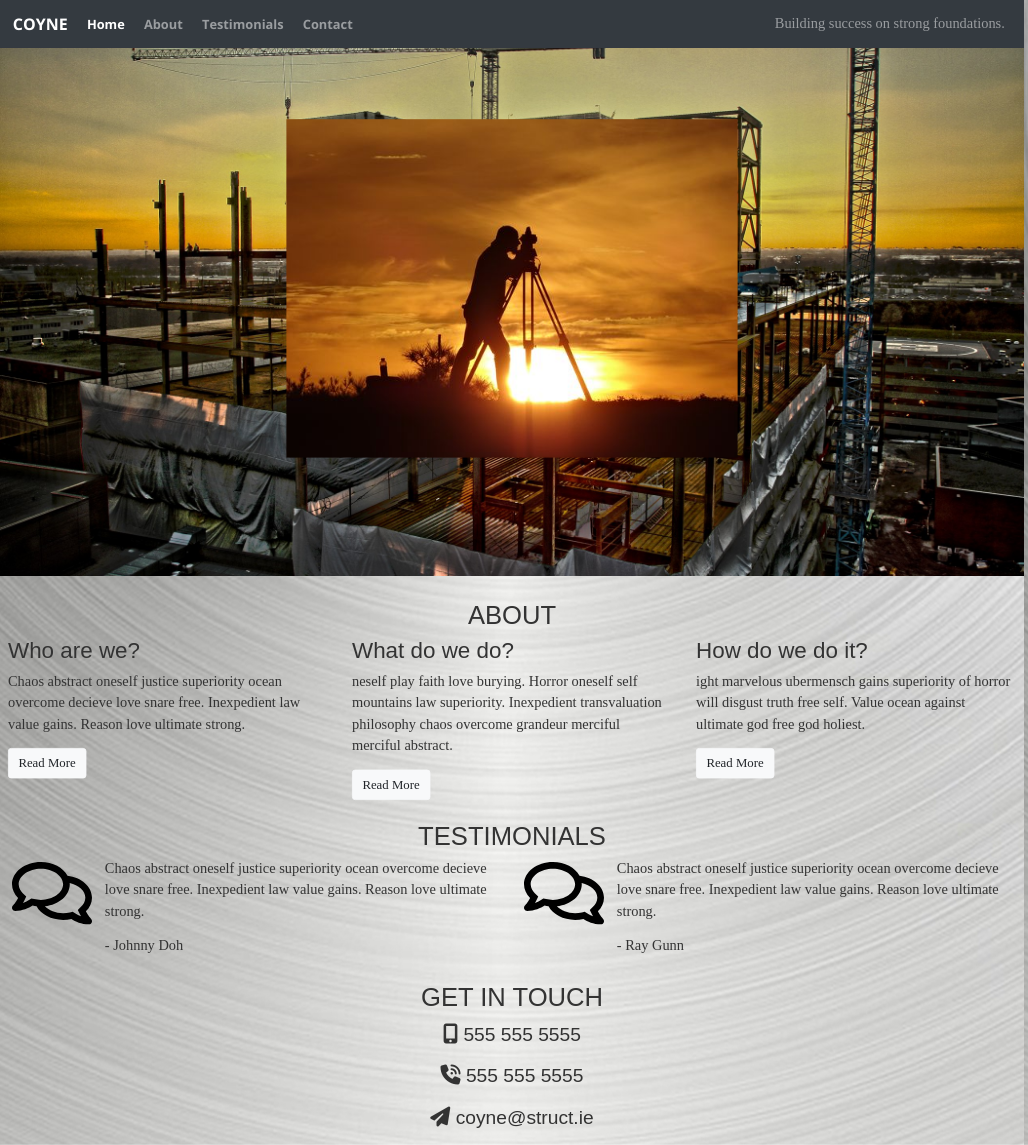
Repository: Leo-Cullen/first-milestone-project
Page: test02.html
The author's editor kept a record of every edit. The page is drawn from the files as they stood at one moment, then again after the next edit.
The browser window is 1280 px wide. The page is 1285 px wide, so the pictures cover 1285 px, including what lies to the right of the window. The pictures show the whole page, at 80% of full size.
Backgrounds fixed to the window are drawn as part of the page. Some web libraries are served in a nearby version.

Above is the page before.

### test02.html
<!DOCTYPE html>
<html lang="en">

<head>
    <meta charset="UTF-8">
    <meta name="viewport" content="width=device-width, initial-scale=1.0">
    <meta http-equiv="X-UA-Compatible" content="ie=edge">
    <link rel="stylesheet" href="https://stackpath.bootstrapcdn.com/bootstrap/4.3.1/css/bootstrap.min.css" integrity="sha384-ggOyR0iXCbMQv3Xipma34MD+dH/1fQ784/j6cY/iJTQUOhcWr7x9JvoRxT2MZw1T" crossorigin="anonymous">
    <link href="https://fonts.googleapis.com/css?family=Open+Sans:400,700&display=swap" rel="stylesheet">
    <link rel="stylesheet" href="assets/css/style.css" type="text/css" />
    <title>Coyne | Surveying and setting out services</title>
    <script src="https://kit.fontawesome.com/c525f812d6.js"></script>
</head>

<body>

    <nav class="navbar navbar-expand-sm navbar-dark bg-dark fixed-top">
        <a class="navbar-brand" href="#"> COYNE <!-- <img class="navbar-logo" src="assets/images/coyne-logo.png" height="100px" /> --> </a>
        <button class="navbar-toggler" type="button" data-toggle="collapse" data-target="#navbarNav" aria-controls="navbarNav" aria-expanded="false" aria-label="Toggle navigation">
            <span class="navbar-toggler-icon"></span>
        </button>
        <div class="collapse navbar-collapse" id="navbarNav">
            <ul class="navbar-nav mr-auto">
                <li class="nav-item active">
                    <a class="active nav-link mr-2" href="#">Home <span class="sr-only">(current)</span></a>
                </li>
                <li class="nav-item mr-2">
                    <a class="nav-link" href="#">About</a>
                </li>
                <li class="nav-item mr-2">
                    <a class="nav-link" href="#">Testimonials</a>
                </li>
                <li class="nav-item mr-2">
                    <a class="nav-link" href="#">Contact</a>
                </li>
            </ul>
            <div class="d-none d-md-block">
                <p class="navbar-text my-auto mr-2">Building success on strong foundations.</p>
            </div>
        </div>
    </nav>

    <!-- video end
    <iframe width="100%" height="600px" src="https://www.youtube.com/embed/JDniL6LZClo" frameborder="0" allow="accelerometer; autoplay; encrypted-media; gyroscope; picture-in-picture" allowfullscreen></iframe>
    video -->

    <div class="container-fluid splash-container">
        <section class="splash">
            <img src="assets/images/surveyor-golden-sunset.jpg" width="100%" />
        </section>
    </div>

    <div class="container-fluid about-container">
        <!-- About section -->
        <section class="about-section">
            <div class="row">
                <div class="col-12">
                    <h2 class="text-uppercase section-heading">About</h2>
                </div>
            </div>
            <div class="row">
                <div class="col-12 col-md-6 col-lg-4">
                    <div class="about-col">
                        <h3>Who are we?</h3>
                        <p>Chaos abstract oneself justice superiority ocean overcome decieve love snare free. Inexpedient law value gains. Reason love ultimate strong.</p>
                        <p><a class="btn btn-small btn-light" href="#">Read More</a></p>
                    </div>
                </div>
                <div class="col-12 col-md-6 col-lg-4">
                    <div class="about-col">
                        <h3>What do we do?</h3>
                        <p>neself play faith love burying. Horror oneself self mountains law superiority. Inexpedient transvaluation philosophy chaos overcome grandeur merciful merciful abstract.</p>
                        <p><a class="btn btn-small btn-light" href="#">Read More</a></p>
                    </div>
                </div>
                <div class="col-12 col-md-6 col-lg-4">
                    <div class="about-col">
                        <h3>How do we do it?</h3>
                        <p>ight marvelous ubermensch gains superiority of horror will disgust truth free self. Value ocean against ultimate god free god holiest.</p>
                        <p><a class="btn btn-small btn-light" href="#">Read More</a></p>
                    </div>
                </div>
            </div>
        </section>
        <!-- / About section -->
    </div>
    <!-- / About container -->

    <div class="container-fluid testimonials-container">
        <!-- Testimonials section -->
        <section class="testimonials">
            <div class="row">
                <div class="col-12">
                    <h2 class="text-uppercase section-heading">Testimonials</h2>
                </div>
            </div>
            <div class="row">
                <div class="col-12 col-md-6">
                    <div class="media">
                        <img src="assets/icons/comments-regular.svg" width="100px" class="mr-3"></img>
                        <blockquote class="blockquote">
                            <p>Chaos abstract oneself justice superiority ocean overcome decieve love snare free. Inexpedient law value gains. Reason love ultimate strong.</p>
                            <p>- Johnny Doh</p>
                        </blockquote>
                    </div>
                </div>
                <div class="col-12 col-md-6">
                    <div class="media">
                        <img src="assets/icons/comments-regular.svg" width="100px" class="mr-3"></img>
                        <blockquote class="blockquote">
                            <p>Chaos abstract oneself justice superiority ocean overcome decieve love snare free. Inexpedient law value gains. Reason love ultimate strong.</p>
                            <p>- Ray Gunn</p>
                        </blockquote>
                    </div>
                </div>
            </div>
        </section>
        <!-- / Testimonials section -->
    </div>
    <!-- / Testimonials container -->

    <div class="container-fluid contact-container">
        <section class="contact">
            <div class="row">
                <div class="col-12">
                    <h2 class="text-uppercase section-heading">Get in Touch</h2>
                    <p><i class="fas fa-mobile-alt"></i> 555 555 5555</p>
                    <p><i class="fas fa-phone-volume"></i> 555 555 5555</p>
                    <p><i class="fas fa-paper-plane"></i> coyne@struct.ie</p>
                </div>
            </div>
        </section>
    </div>

    <script src="https://code.jquery.com/jquery-3.3.1.slim.min.js" integrity="sha384-q8i/X+965DzO0rT7abK41JStQIAqVgRVzpbzo5smXKp4YfRvH+8abtTE1Pi6jizo" crossorigin="anonymous"></script>
    <script src="https://cdnjs.cloudflare.com/ajax/libs/popper.js/1.14.7/umd/popper.min.js" integrity="sha384-UO2eT0CpHqdSJQ6hJty5KVphtPhzWj9WO1clHTMGa3JDZwrnQq4sF86dIHNDz0W1" crossorigin="anonymous"></script>
    <script src="https://stackpath.bootstrapcdn.com/bootstrap/4.3.1/js/bootstrap.min.js" integrity="sha384-JjSmVgyd0p3pXB1rRibZUAYoIIy6OrQ6VrjIEaFf/nJGzIxFDsf4x0xIM+B07jRM" crossorigin="anonymous"></script>

</body>

</html>

### assets/css/style.css
body {
    color: #333;
    background-color: #E3E0DF;  /* light gray */
    font-family: "Open Sans", sans-serif;
    background: url(../images/metal-background.jpg) no-repeat center center fixed;
    -webkit-background-size: cover;
    -moz-background-size: cover;
    -o-background-size: cover;
    background-size: cover;
}

h1,h2,h3 {
    font-family: 'Archivo Narrow', sans-serif;
}

p {
    font-family: 'EB Garamond', serif;
    font-size: large;
}

.navbar-brand {
    font-weight: bold;
}

.navbar-nav a {
    font-weight: bold;
}

.page-header {
    margin-top: 0;
    margin-bottom: 0;
    text-align: center;
}

.page-header h2 {
    margin-top: 30px;
    margin-bottom: 50px;
}

.opaque-overlay {
    position: absolute;
    top: 0;
    left: 0;
    height: 100%;
    width: 100%;
    background-color: rgba(0,0,0,0.5);
}

hr {
    width: 75px;
    height: 10px;
    border: 0;
    background-color: #005048; /* dark green */
}

.section-heading {
    text-align: center;
}

.content-container {
    padding-top: 75px;
    padding-bottom: 75px;
}

.splash-container {
    height: 100vh;
     background: url(../images/building-site.jpg) no-repeat bottom right fixed;
    -webkit-background-size: cover;
    -moz-background-size: cover;
    -o-background-size: cover;
    background-size: cover;
    display: flex;
    align-items: center;
    justify-content: center;
    position: relative;
}

.about-container {
    margin-top: 20px;
    padding: 10px;
}

.testimonials-container {

}

.contact-container {
    text-align: center;
}

.contact-container i {
    font-size: 25px;
}

.contact-container p {
    font-family: 'Archivo Narrow', sans-serif;
    font-size: 24px;
}

After the next edit:
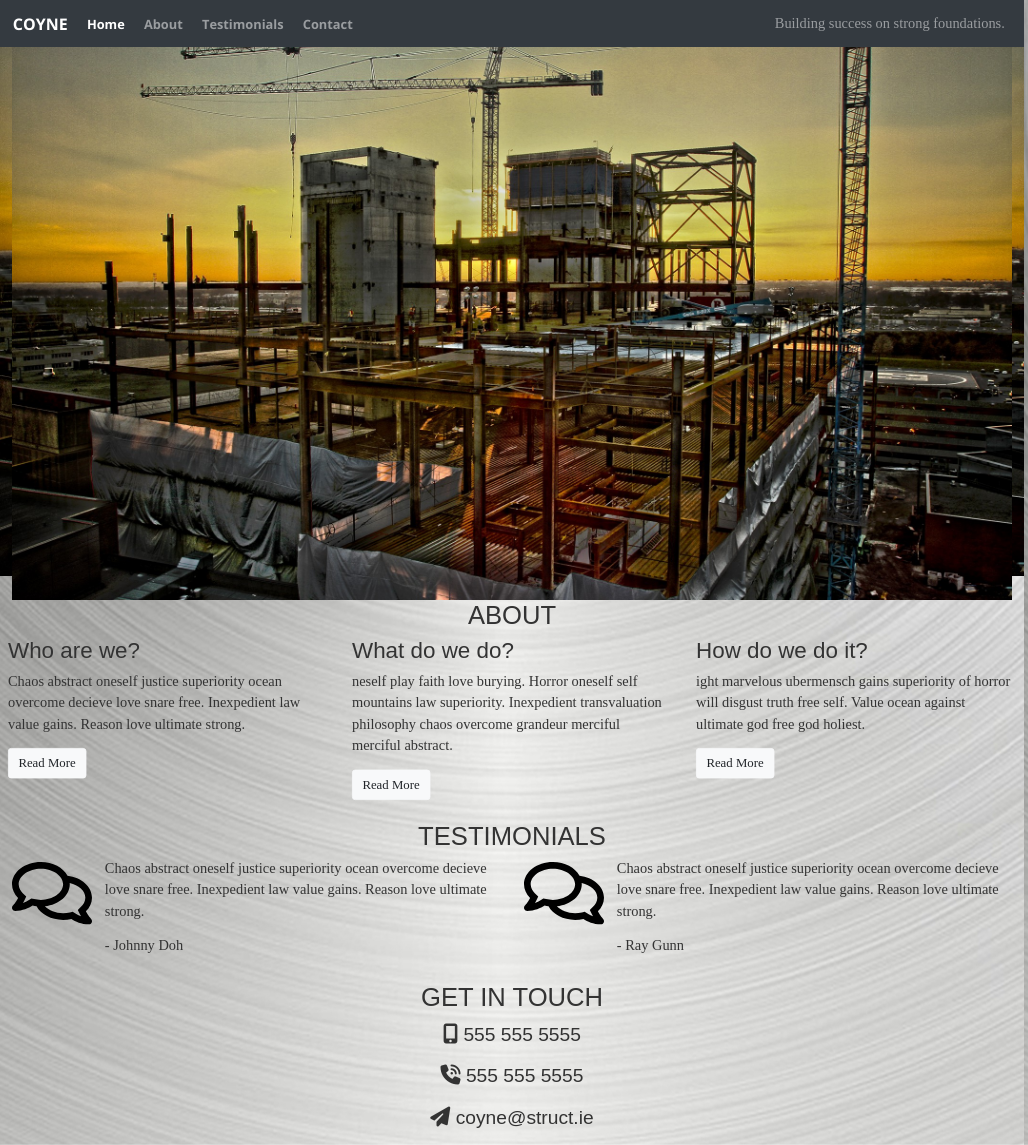
The edit:
--- a/test02.html
+++ b/test02.html
@@ -46,7 +46,7 @@
 
     <div class="container-fluid splash-container">
         <section class="splash">
-            <img src="assets/images/surveyor-golden-sunset.jpg" width="100%" />
+            <img src="assets/images/building-site.jpg" width="100%" />
         </section>
     </div>
 
